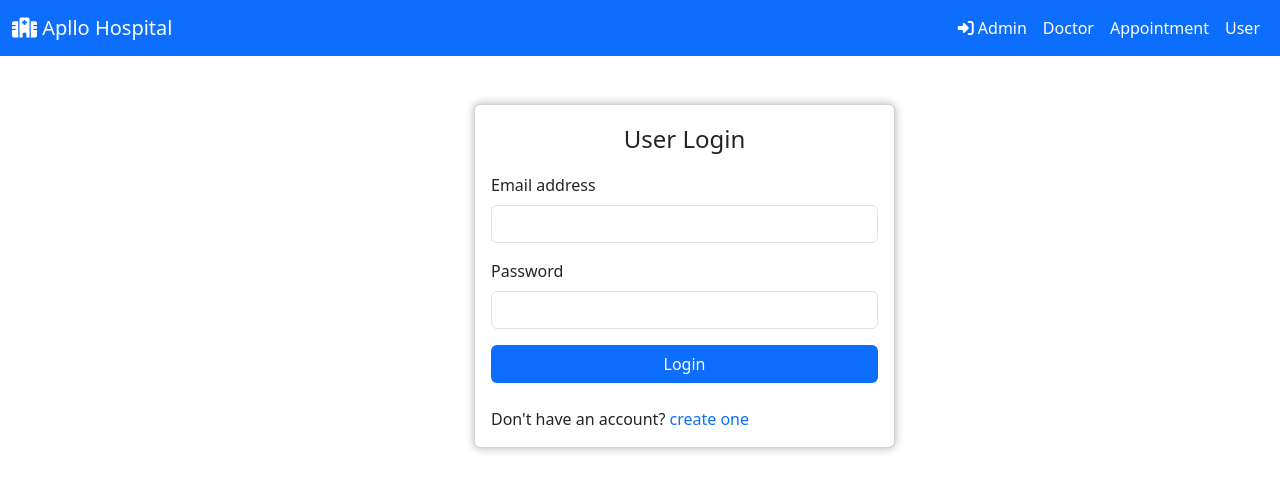
Repository: Subhadip09/Hospital-Management-System
Page: http://localhost/Hospital-Management-System/user_login.jsp
The author's editor kept a copy of each file at every save. The page is drawn from the files as they stood at one save, then again after the next save.
The browser window is 1280 px wide. The pictures show the whole page.
The page is served by Tomcat 9. Other server files are loaded and not shown.

Above is the page before, as saved 2024-04-06 05:32:03.

### Hospital-Management-System/src/main/webapp/user_login.jsp
<%@ page language="java" contentType="text/html; charset=UTF-8"
	pageEncoding="UTF-8"%>
<!DOCTYPE html>
<html>
<head>
<meta charset="UTF-8">
<title>User Login Page</title>
<%@include file="component/allcss.jsp"%>

<style type="text/css">
.paint-card {
	box-shadow: 0 0 10px 0 rgba(0, 0, 0, 0.3);
}
</style>

</head>
<body>
	<%@include file="component/navbar.jsp"%>

	<div class="container p-5">
		<div class="row">
			<div class="col-md-5 offset-md-4">
				<div class="card paint-card">
					<div class="card-body">
						<p class="fs-4 text-center">User Login</p>

						<form action="#" method="post">
							<div class="mb-3">
								<label class="form-label">Email address</label> <input required
									name="email" type="email" class="form-control">
							</div>

							<div class="mb-3">
								<label class="form-label">Password</label> <input required
									name="password" type="password" class="form-control">
							</div>

							<button type="submit" class="btn bg-primary text-white col-md-12">Login</button>
						</form>

						<br>
						Don't have an account?
						<a href="signup.jsp" class="text-decoration-none">create one</a>

					</div>
				</div>
			</div>
		</div>
	</div>

</body>
</html>

### Hospital-Management-System/src/main/webapp/component/allcss.jsp
<link
	href="https://cdn.jsdelivr.net/npm/bootstrap@5.3.3/dist/css/bootstrap.min.css"
	rel="stylesheet"
	integrity="sha384-QWTKZyjpPEjISv5WaRU9OFeRpok6YctnYmDr5pNlyT2bRjXh0JMhjY6hW+ALEwIH"
	crossorigin="anonymous">

<link rel="stylesheet"
	href="https://cdnjs.cloudflare.com/ajax/libs/font-awesome/6.5.2/css/all.min.css"
	integrity="sha512-SnH5WK+bZxgPHs44uWIX+LLJAJ9/2PkPKZ5QiAj6Ta86w+fsb2TkcmfRyVX3pBnMFcV7oQPJkl9QevSCWr3W6A=="
	crossorigin="anonymous" referrerpolicy="no-referrer" />

<script
	src="https://cdn.jsdelivr.net/npm/bootstrap@5.3.3/dist/js/bootstrap.bundle.min.js"
	integrity="sha384-YvpcrYf0tY3lHB60NNkmXc5s9fDVZLESaAA55NDzOxhy9GkcIdslK1eN7N6jIeHz"
	crossorigin="anonymous"></script>

### Hospital-Management-System/src/main/webapp/component/navbar.jsp
<nav class="navbar navbar-expand-lg navbar-dark bg-primary">
	<div class="container-fluid">
		<a class="navbar-brand" href="index.jsp"><i class="fa-solid fa-hospital"></i> Apllo Hospital</a>
		<button class="navbar-toggler" type="button" data-bs-toggle="collapse"
			data-bs-target="#navbarSupportedContent"
			aria-controls="navbarSupportedContent" aria-expanded="false"
			aria-label="Toggle navigation">
			<span class="navbar-toggler-icon"></span>
		</button>
		<div class="collapse navbar-collapse" id="navbarSupportedContent">
			<ul class="navbar-nav ms-auto mb-2 mb-lg-0">

				<li class="nav-item"><a class="nav-link active"
					aria-current="page" href="admin_login.jsp"><i class="fa-solid fa-right-to-bracket"></i> Admin</a></li>

				<li class="nav-item"><a class="nav-link active"
					aria-current="page" href="doctor_login.jsp">Doctor</a></li>

				<li class="nav-item"><a class="nav-link active"
					aria-current="page" href="#">Appointment</a></li>

				<li class="nav-item"><a class="nav-link active"
					aria-current="page" href="user_login.jsp">User</a></li>


				<!-- <li class="nav-item dropdown"><a
					class="nav-link dropdown-toggle" href="#" role="button"
					data-bs-toggle="dropdown" aria-expanded="false"> Dropdown </a>
					<ul class="dropdown-menu">
						<li><a class="dropdown-item" href="#">Action</a></li>
						<li><a class="dropdown-item" href="#">Another action</a></li>
						<li><hr class="dropdown-divider"></li>
						<li><a class="dropdown-item" href="#">Something else here</a></li>
					</ul></li> -->


			</ul>
		</div>
	</div>
</nav>

After the next save:
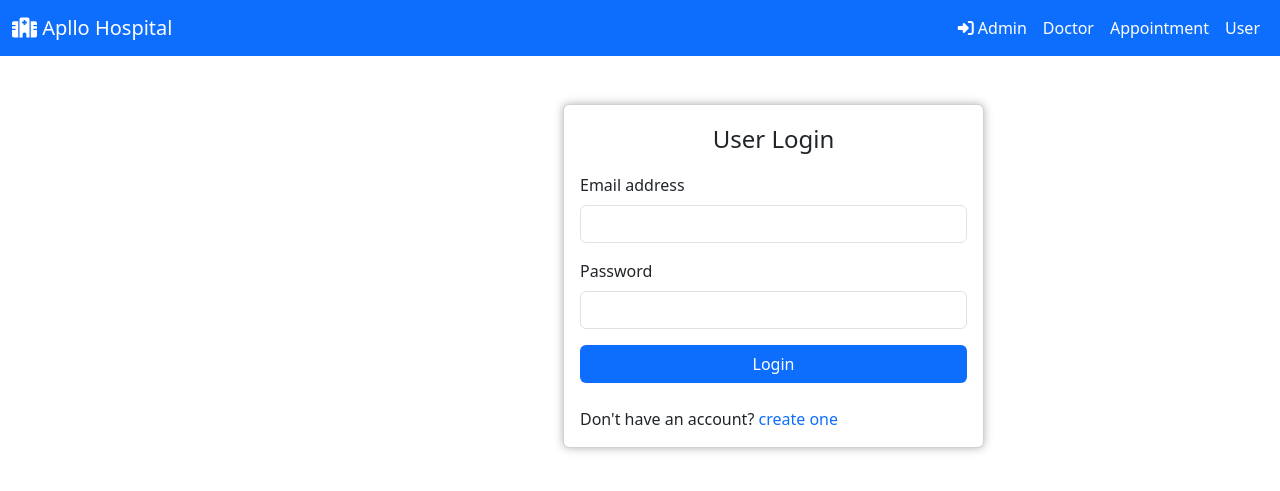
Saved 15 s later.
--- a/Hospital-Management-System/src/main/webapp/user_login.jsp
+++ b/Hospital-Management-System/src/main/webapp/user_login.jsp
@@ -19,7 +19,7 @@
 
 	<div class="container p-5">
 		<div class="row">
-			<div class="col-md-5 offset-md-4">
+			<div class="col-md-5 offset-md-5">
 				<div class="card paint-card">
 					<div class="card-body">
 						<p class="fs-4 text-center">User Login</p>
